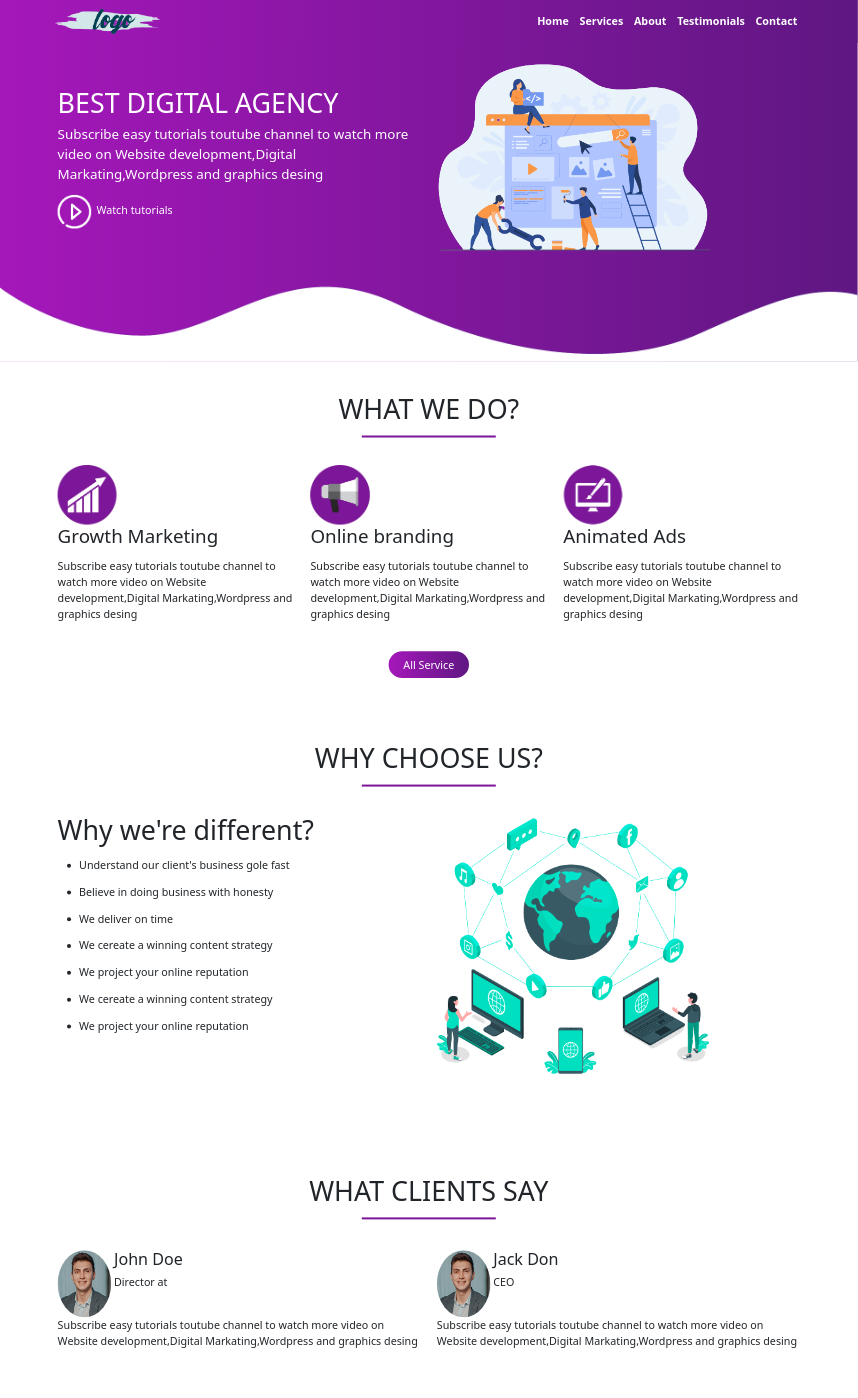
Repository: zjria/PSD-to-HTML-DIGITAL-AGENCY
Page: index.html
The author's editor kept a copy of each file at every save. The page is drawn from the files as they stood at one save, then again after the next save.
The browser window is 1280 px wide. The pictures show the whole page, at 67% of full size.
Some web libraries are served in a nearby version.

Above is the page before, as saved 2022-05-11 09:14:49.

After the next save:
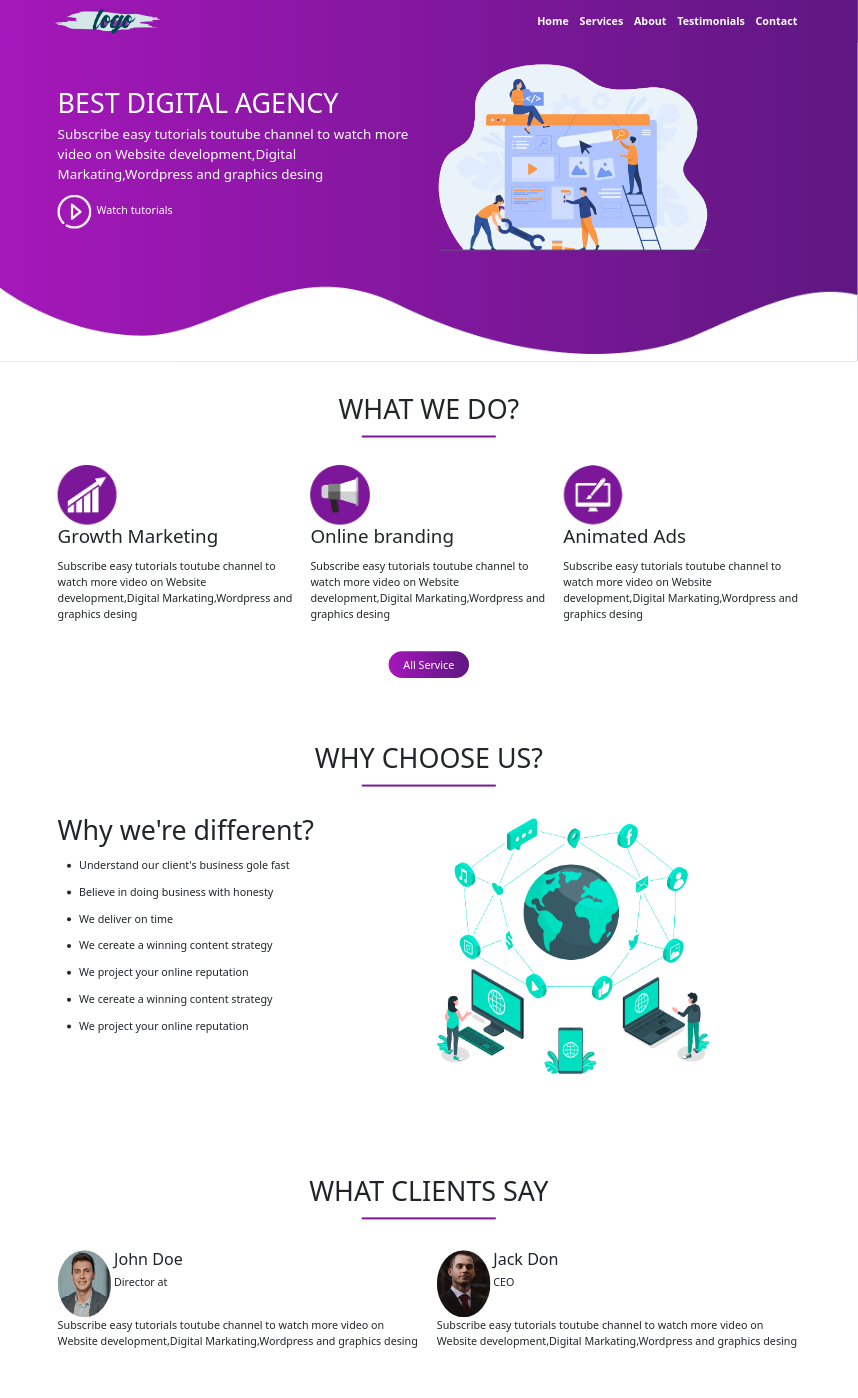
Saved 8 s later.
--- a/index.html
+++ b/index.html
@@ -144,7 +144,7 @@
               Subscribe easy tutorials toutube channel to watch more video on Website development,Digital Markating,Wordpress and graphics desing</p>
           </div>
           <div class="col-12 col-md-6 mb-2">
-            <img src="img/man-1.png" alt="" class="img-fluid">
+            <img src="img/man-2.png" alt="" class="img-fluid">
             <span class="d-inline-block mt-1">
               <h4>Jack Don</h4>
               <p>CEO</p>
